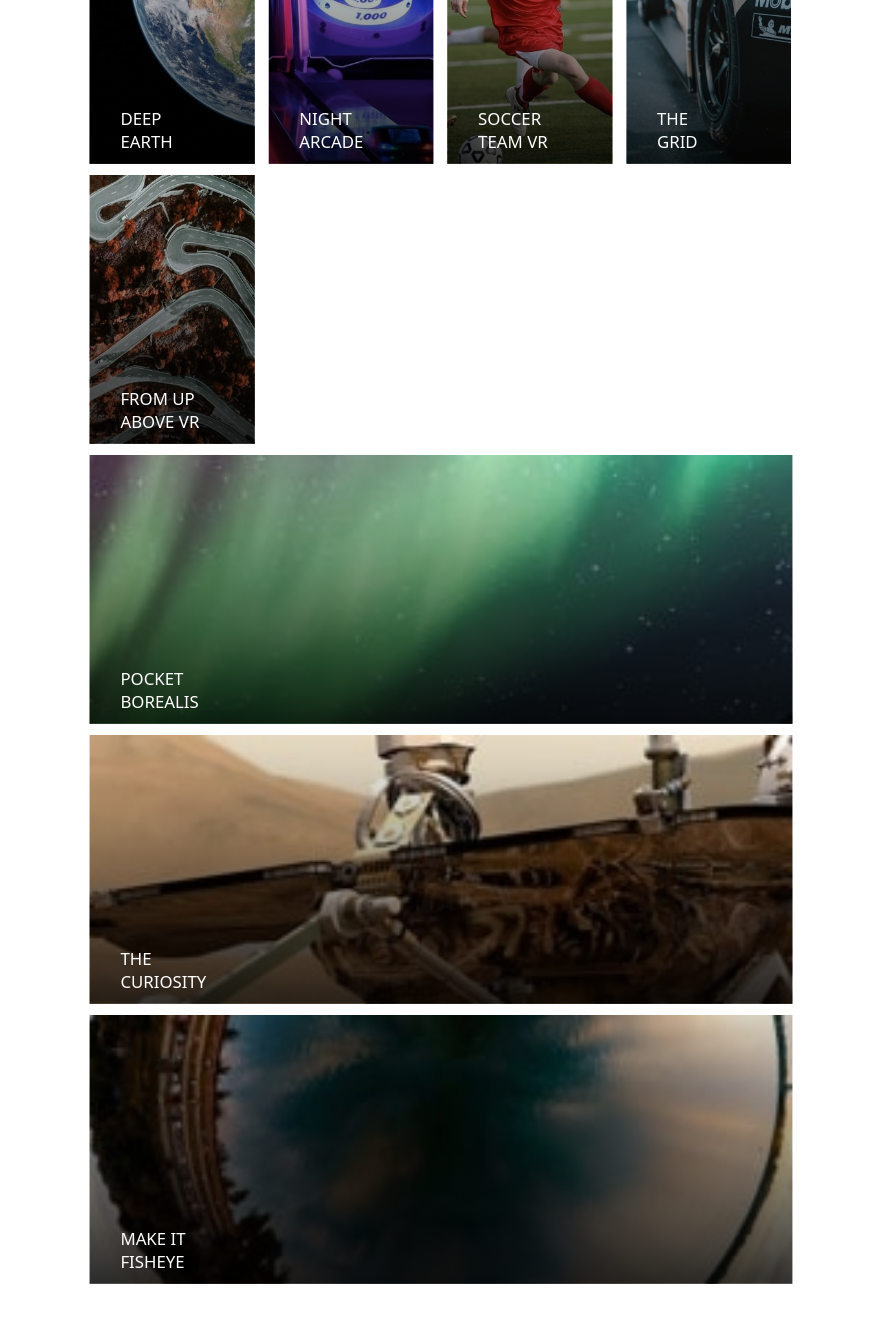
Repository: CAMPSLOPY/StudioLoopApp
Page: index.html
These files come from the project's save history. The page is drawn as it stood at one moment and after the next save; the edit follows.
The browser window is 1280 px wide. The pictures show the part of the page from y = 1670 to 3590 px (the page is 3928 px tall before and 3528 px after), at 70% of full size.
Some web fonts or font styles are not loaded; a fallback is used. Some web libraries are served in a nearby version.

Above is the page before, as saved 2021-02-26 03:01:27.

### index.html
<!DOCTYPE html>
<html lang="en">
  <head>
    <title>LoopStudios</title>
    <meta charset="UTF-8" />
    <meta name="viewport" content="width=device-width, initial-scale=1.0" />
    <meta http-equiv="X-UA-Compatible" content="ie=edge" />
    <meta
      name="description"
      content="Building my Loop studio App with Tailwind Css"
    />
    <meta name="robots" content="index,follow" />
    <!-- font awesome -->
    <link
      rel="stylesheet"
      href="https://cdnjs.cloudflare.com/ajax/libs/font-awesome/5.11.2/css/all.min.css"
      integrity="sha256-+N4/V/SbAFiW1MPBCXnfnP9QSN3+Keu+NlB+0ev/YKQ="
      crossorigin="anonymous"
    />
    <link
      rel="icon"
      type="image/png"
      sizes="32x32"
      href="favicon-32x32.png"
    />
    <!-- TAILWIND CSS CDN -->
    <link href="https://unpkg.com/tailwindcss@^2/dist/tailwind.min.css" rel="stylesheet">

    <!-- animate on scroll -->
    <link rel="stylesheet" href="https://unpkg.com/aos@next/dist/aos.css" />

    <!-- STYLESHEET -->
    <link rel="stylesheet" href="main.css"/>
  </head>
  <body>
    <div class="overflow-hidden">
      <!--the whole wrapper-->

      <header
        class="relative bg-no-repeat bg-cover bg-center min-h-screen w-full md:min-h-6/3 lg:min-h-6 header-image"
      >
        <nav
          class="flex text-gray-50 items-center justify-between w-4/5 m-auto pt-8"
        >
          <h1 class="font-extralight text-4xl font-concert md:text-6xl">
            <a href="">loopstudios</a>
          </h1>
          <button id="burger" class="md:hidden">
            <i class="fas fa-bars text-4xl"></i>
          </button>
          <ul class="hidden md:flex">
            <li class="px-1.5 nav-item">
              <a class="nav-link" href="#About"> About</a>
            </li>
            <li class="px-1.5 nav-item">
              <a class="nav-link" href="#Career">Careers</a>
            </li>
            <li class="px-1.5 nav-item">
              <a class="nav-link" href="#Event">Events</a>
            </li>
            <li class="px-1.5 nav-item">
              <a class="nav-link" href="#Product">Products</a>
            </li>
            <li class="px-1.5 nav-item">
              <a class="nav-link" href="#Support">Support</a>
            </li>
          </ul>
        </nav>

        <p
          class="font-normal md:font-thin tracking-widest absolute top-64 left-11 md:left-32 md:top-36 text-white text-3xl md:text-6xl border-2 pr-10 md:pr-56 py-11 pl-6"
        >
          IMMERSIVE<br />
          EXPERIENCES <br />
          THAT DELIVER
        </p>
      </header>
      <!--modal -->
      <div
        id="modal-body"
        class="modal-body hidden fixed flex w-full h-full top-0 left-0 z-50 bg-black text-white flex-col"
      >
        <div class="modal-logo flex justify-between w-4/5 m-auto">
          <h1 class="text-4xl">
            <a href="">loopstudios</a>
          </h1>
          <button class="toggle relative" id="toggle">
            <i class="fas fa-times text-3xl p-4"></i>
          </button>
        </div>

        <ul class="flex flex-col w-4/5 m-auto modal-links uppercase font-light">
          <li class="my-4">
            <a class="text-3xl links" href="#About"> About</a>
          </li>
          <li class="my-4">
            <a class="text-3xl links" href="#Careers">Careers</a>
          </li>
          <li class="my-4">
            <a class="text-3xl links" href="#Event">Events</a>
          </li>
          <li class="my-4">
            <a class="text-3xl links" href="#Products">Products</a>
          </li>
          <li class="my-4">
            <a class="text-3xl links" href="#Support">Support</a>
          </li>
        </ul>
      </div>
      <!--modal end-->
      <section
        id="About"
        class="relative hero-section w-full min-h-screen md:bg-white md:w-4/5 m-auto block md:flex md:min-h-90 text-white justify-center items-center"
      >
        <div class="w-11/12 m-auto pt-24 md:pt-12" data-aos="fade-right">
          <img
            class="w-full h-full object-cover"
            src="/images/desktop/image-interactive.jpg"
            alt="a man with a Vr Device "
          />
        </div>

        <div
          data-aos="fade-left"
          class="w-full -bottom-24 right-32 px-10 relative z-0 md:z-10 bg-white text-gray-900 block md:flex md:justify-center md:items-center md:flex-col pb-20 md:p-4"
        >
          <div class="w-full m-auto relative -right-32 md:right-0 md:-left-20">
            <h1
              data-aos="fade-up"
              data-aos-delay="800"
              data-aos-duration="1000"
              class="text-4xl tracking-widest text-center md:ml-10"
            >
              THE LEADER IN <br />
              INTERACTIVE VR
            </h1>
          </div>
          <div
            class="my-4 w-full -px-2 left-32 w-4/6 md:w-full text-center md:text-left md:left-11 relative md:-right-10 md:px-8 md:py-4"
          >
            <span
              class="relative right-0 md:right-11 text-left tracking-widest md:tracking-normal text-sm md:relative leading-loose text-gray-400"
            >
              Founded in 2011, Loopstudios has been producing world-class <br />
              virtual reality projects for some of the best companies around the
              <br />
              globe. Our award-winning creations have transformed <br />
              businesses through digital experiences that bind to their brand.
            </span>
          </div>
        </div>
      </section>

      <section class="creation relative">
        <div
          id="Event"
          class="creation-body-content min-h-screen pb-20 flex flex-col w-4/5 m-auto md:w-4/5 md:m-auto relative"
        >
          <div
            class="creation-text flex md:text-center md:justify-between my-5"
          >
            <h1 class="font-josefin relative left-0 md:left-0 text-4xl">
              OUR CREATIONS
            </h1>
            <button
              class="text-2xl absolute bottom-2 right-14 text-small font-alata tracking-widest py-2 md:py-0 md:text-small md:relative md:-left-6 md:bottom-0 border border-gray-900 px-11 tracking-widest hover:bg-black hover:text-white"
            >
              SEE ALL
            </button>
          </div>

          <div
            id="Career"
            class="creation-images flex flex-col flex-wrap md:flex-row cursor-pointer"
          >
            <div
              data-aos="fade-right"
              id="card-box"
              class="relative bg-no-repeat bg-cover bg-center earth mr-5 mb-4 card h-38 w-full md:h-96 md:w-better card-box"
            >
              <img
                src="/images/mobile/image-deep-earth.jpg"
                alt="a picture of the earth"
                class="object-cover w-full h-full block md:hidden"
              />

              <p
                class="absolute bottom-4 left-11 text-white text-2xl font-josefin card-box-p"
              >
                DEEP <br />
                EARTH
              </p>
            </div>
            <div
              data-aos="fade-up"
              id="card-box"
              class="card-box relative bg-no-repeat bg-cover bg-center card mr-5 mb-4 arcade h-32 w-full md:h-96 md:w-better"
            >
              <img
                src="/images/mobile/image-night-arcade.jpg"
                alt="a picture of a cassette tape"
                class="object-cover w-full h-full block md:hidden"
              />
              <p
                class="absolute bottom-4 left-11 text-white text-2xl font-josefin card-box-p"
              >
                NIGHT <br />
                ARCADE
              </p>
            </div>
            <div
              data-aos="fade-down"
              id="card-box"
              class="card-box relative h-38 w-full card mr-5 mb-4 vr md:h-96 bg-no-repeat bg-cover bg-center md:w-better"
            >
              <img
                src="/images/mobile/image-soccer-team.jpg"
                alt="a picture of a football player"
                class="object-cover w-full h-full block md:hidden"
              />
              <p
                class="absolute bottom-4 left-11 text-white text-2xl font-josefin card-box-p"
              >
                SOCCER <br />
                TEAM VR
              </p>
            </div>
            <div
              data-aos="fade-left"
              id="card-box"
              class="card-box relative h-38 w-full mr-5 mb-4 card gridd md:h-96 bg-no-repeat bg-cover bg-center md:w-better"
            >
              <img
                src="/images/mobile/image-grid.jpg"
                alt="a picture of a sport car"
                class="object-cover w-full h-full block md:hidden"
              />

              <p
                class="absolute bottom-4 left-11 text-white text-2xl font-josefin card-box-p"
              >
                THE <br />
                GRID
              </p>
            </div>
            <div
              data-aos="fade-right"
              id="card-box"
              class="card-box relative mr-5 mb-4 h-38 w-full card above-vr md:h-96 bg-no-repeat bg-cover bg-center md:w-better"
            >
              <img
                src="/images/mobile/image-from-above.jpg"
                alt="a picture of a curvy road on the mountains"
                class="object-cover w-full h-full block md:hidden"
              />
              <p
                class="absolute bottom-4 left-11 text-white text-2xl font-josefin card-box-p"
              >
                FROM UP <br />
                ABOVE VR
              </p>
            </div>
            <div
              data-aos="fade-down"
              id="card-box"
              class="relative h-38 w-full mr-5 mb-4 card borealis md:h-96 bg-no-repeat bg-cover bg-center md:w-better"
            >
              <img
                src="/images/mobile/image-pocket-borealis.jpg"
                alt="picture of the moon, star and a mountain"
                class="object-cover w-full h-full block md:hidden"
              />
              <p
                class="absolute bottom-4 left-11 text-white text-2xl font-josefin card-box-p"
              >
                POCKET <br />
                BOREALIS
              </p>
            </div>
            <div
              data-aos="fade-up"
              id="card-box"
              class="relative mr-5 mb-4 h-38 w-full card curiosity md:h-96 bg-no-repeat bg-cover bg-center md:w-better"
            >
              <img
                src="/images/mobile/image-curiosity.jpg"
                alt="picture of a network radar"
                class="object-cover w-full h-full block md:hidden"
              />
              <p
                class="absolute bottom-4 left-11 text-white text-2xl font-josefin card-box-p"
              >
                THE <br />
                CURIOSITY
              </p>
            </div>
            <div
              data-aos="fade-left"
              id="card-box"
              class="relative mr-5 mb-4 h-38 w-full card fisheye md:h-96 bg-no-repeat bg-cover bg-center md:w-better"
            >
              <img
                src="/images/mobile/image-curiosity.jpg"
                alt="picture of a network radar"
                class="object-cover w-full h-full block md:hidden"
              />
              <p
                class="absolute bottom-4 left-11 text-white text-2xl font-josefin card-box-p"
              >
                MAKE IT <br />
                FISHEYE
              </p>
            </div>
          </div>
        </div>
      </section>

      <footer
        id="Support"
        class="min-h-60 md:min-h-60 bg-black text-white mt-10 relative"
      >
        <div
          class="footer-body w-full flex flex-col relative -bottom-52 md:-bottom-40"
        >
          <div
            class="footer-logo w-4/5 m-auto md:pb-8 flex md:flex-row flex-col justify-between relative"
          >
            <h3 class="my-8 pt-16 text-center md:text-left font-bold text-4xl">
              loopstudios
            </h3>
            <ul
              class="footer-socials flex justify-center items-center relative -bottom-52 md:bottom-0"
            >
              <li class="px-1.5 footer-item">
                <a class="footer-link" href=""
                  ><img
                    class="pb-1"
                    src="./images/icon-facebook.svg"
                    alt="facebook official logo"
                /></a>
              </li>
              <li class="px-1.5 footer-item">
                <a class="footer-link" href=""
                  ><img
                    class="pb-1"
                    src="./images/icon-twitter.svg"
                    alt="twitter logo"
                /></a>
              </li>
              <li class="px-1.5 footer-item">
                <a class="footer-link" href=""
                  ><img
                    class="pb-1"
                    src="./images/icon-pinterest.svg"
                    alt="pinterest logo"
                /></a>
              </li>
              <li class="px-1.5 footer-item">
                <a class="footer-link" href=""
                  ><img
                    class="pb-1"
                    src="./images/icon-instagram.svg"
                    alt="instagram logo"
                /></a>
              </li>
            </ul>
          </div>
          <div
            class="relative w-4/5 m-auto flex flex-col md:flex-row md:justify-between"
          >
            <ul
              class="relative bottom-11 md:bottom-8 flex flex-col md:flex-row items-center md:justify-around my-2 md:m-0"
            >
              <li class="py-2 relative left-28 md:-left-4 footer-item md:pr-4">
                <a class="pb-1 footer-link footer-links" href="#about">About</a>
              </li>
              <li class="py-2 relative left-28 md:-left-4 footer-item md:pr-4">
                <a class="pb-1 footer-link footer-links" href="#careers"
                  >Careers</a
                >
              </li>
              <li class="py-2 footer-item left-28 relative md:-left-4 md:pr-4">
                <a class="pb-1 footer-link footer-links" href="#events"
                  >Events</a
                >
              </li>
              <li class="py-2 footer-item left-28 relative md:-left-4 md:pr-4">
                <a class="pb-1 footer-link footer-links" href="#products"
                  >Product</a
                >
              </li>
              <li class="py-2 footer-item left-28 relative md:-left-4 md:pr-4">
                <a class="pb-1 footer-link footer-links" href="#support"
                  >Support</a
                >
              </li>
            </ul>
            <span class="pb-16">
              <p class="text-gray-600 md:text-white">
                © 2021 Loopstudios. All rights reserved.
              </p></span
            >
          </div>

          <div
            class="hidden attribution absolute pb-4 -bottom-16 left-60 text-gray-600"
          >
            <a>Challenge by</a>

            <a
              class="text-blue-300"
              href="https://www.frontendmentor.io?ref=challenge"
              target="_blank"
              >Frontend Mentor</a
            >
            Coded by
            <a class="text-blue-300" href="https://github.com/CAMPSLOPY">
              CampSlopy 👨🏾‍🦲</a
            >
          </div>
        </div>
      </footer>
    </div>
    <!-- animate On scroll script -->
    <script src="https://unpkg.com/aos@next/dist/aos.js"></script>
    <!-- workflow script -->
    <script src="app.js"></script>
  </body>
</html>

### main.css
@import url("https://fonts.googleapis.com/css2?family=Alata&family=Josefin+Sans:ital,wght@0,200;1,400&display=swap");
@import url("https://fonts.googleapis.com/css2?family=Concert+One&display=swap");

html {
  scroll-behavior: smooth;
}
.header-image {
  background-image: linear-gradient(to top, rgba(0, 0, 0, 0.8), transparent),
    url(./images/desktop/image-hero.jpg);
}

.earth {
  background-image: linear-gradient(to top, rgba(0, 0, 0, 0.8), transparent),
    url(./images/desktop/image-deep-earth.jpg);
}

.arcade {
  background-image: linear-gradient(to top, rgba(0, 0, 0, 0.8), transparent),
    url(./images/desktop/image-night-arcade.jpg);
}
.vr {
  background-image: linear-gradient(to top, rgba(0, 0, 0, 0.8), transparent),
    url(./images/desktop/image-soccer-team.jpg);
}

.gridd {
  background-image: linear-gradient(to top, rgba(0, 0, 0, 0.8), transparent),
    url(./images/desktop/image-grid.jpg);
}

.above-vr {
  background-image: linear-gradient(to top, rgba(0, 0, 0, 0.8), transparent),
    url(./images/desktop/image-from-above.jpg);
}

.borealis {
  background-image: linear-gradient(to top, rgba(0, 0, 0, 0.8), transparent),
    url(./images/desktop/image-pocket-borealis.jpg);
}

.curiosity {
  background-image: linear-gradient(to top, rgba(0, 0, 0, 0.8), transparent),
    url(./images/desktop/image-curiosity.jpg);
}
.fisheye {
  background-image: linear-gradient(to top, rgba(0, 0, 0, 0.8), transparent),
    url(./images/desktop/image-fisheye.jpg);
}

.menu:hover {
  border-bottom: 1px solid #0000;
}

.footer-body {
  transform: translate(-50%, -50%);
  top: 50%;
  left: 50%;
}

body {
  overflow-x: hidden;
}

#card-box::before {
  content: "";
  position: absolute;
  top: 0;
  left: 0;
  display: block;
  width: 100%;
  height: 100%;
  background: rgba(255, 255, 255, 0.6);
  z-index: 2;
  transition: 0.5s;
  opacity: 0;
}

#card-box:hover:before {
  opacity: 1;
}

#card-box:hover .card-box-p {
  color: black;
  z-index: 3;
}

.toggle {
  top: -20px;
  right: -15px;
}

.toggle .fa-times {
  font-size: 2.7rem;
}

/* desktop styling for the nav links */
.nav-item {
  list-style: none;
  font-size: 1rem;
  margin-bottom: 1rem;
  margin: 0 auto;
  margin-left: 1.5rem;
}

.nav-link {
  position: relative;
  color: #fff;
  text-decoration: none;
  font-family: "Alata", sans-serif;
}

.nav-link::after {
  content: "";
  position: absolute;
  top: 2rem;
  background-color: #fff;
  height: 0.2rem;
  width: 0%;
  opacity: 0;
  transition: all 0.5s ease-in-out;
}

.nav-link::before {
  content: "";
  position: absolute;
  top: 2rem;
  background-color: #fff;
  height: 0.2rem;
  width: 0%;
  opacity: 0;
  transition: all 0.5s ease-in-out;
}

.nav-link::before {
  right: 32%;
}

.nav-link::after {
  left: 32%;
}

.nav-link:hover::after,
.nav-link:hover::before {
  width: 0.8rem;
  opacity: 1;
}

/* FOOTER*/

.footer-link::after {
  left: 20%;
}
.footer-link::before {
  right: 20%;
}

.footer-links::after {
  left: 40%;
}
.footer-links::before {
  right: 40%;
}

.footer-link::before {
  content: "";
  position: absolute;
  top: 2rem;
  background-color: #fff;
  height: 0.2rem;
  width: 0%;
  opacity: 0;
  transition: all 0.5s ease-in-out;
}

.footer-link::after {
  content: "";
  position: absolute;
  top: 2rem;
  background-color: #fff;
  height: 0.2rem;
  width: 0%;
  opacity: 0;
  transition: all 0.5s ease-in-out;
}

.footer-link {
  position: relative;
  color: #fff;
  text-decoration: none;
  font-family: "Alata", sans-serif;
}

.footer-item {
  list-style: none;
  font-size: 1rem;
  margin-bottom: 1rem;
  margin: 0 auto;
  margin-left: 1rem;
  text-align: center;
}
.footer-link:hover::after,
.footer-link:hover::before {
  width: 0.8rem;
  opacity: 1;
}

.footer-logo h3 {
  font-family: "Alata", sans-serif;
}


/* Card-box */

.card-box{
    width: 23%;
}

### app.js
const burger = document.getElementById("burger");
const togglebtn = document.getElementById("toggle");
const modal = document.getElementById("modal-body");
const links = document.querySelectorAll(".links");

burger.addEventListener("click", () => {
  modal.style.display = "flex";
});

togglebtn.addEventListener("click", () => {
  modal.style.display = "none";
});
links.forEach((link) => {
  link.addEventListener("click", () => {
    modal.style.display = "none";
  });
});

AOS.init({
  // offset: 120,
  delay: 400,
  duration: 1000,
  once: true,
});

After the next save:
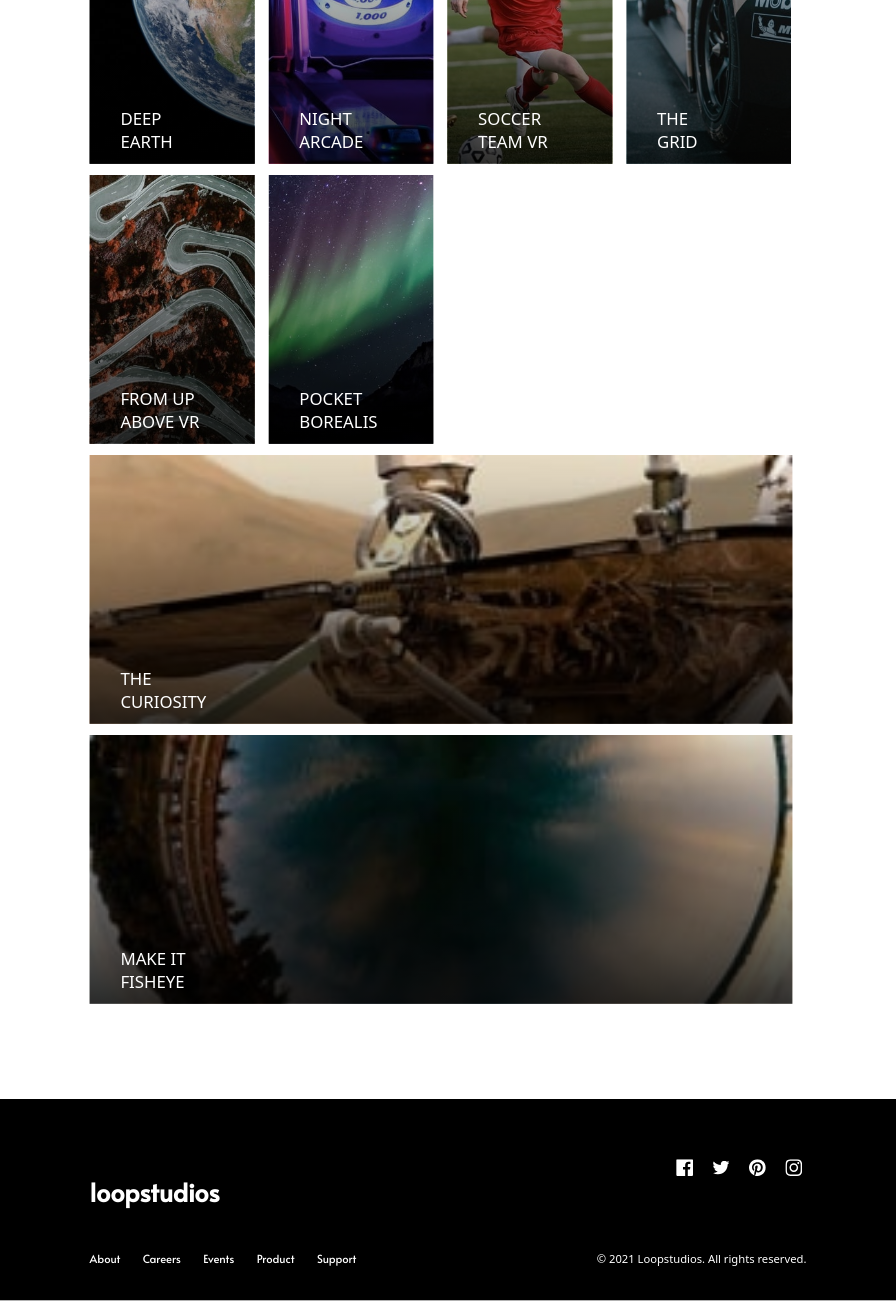
Saved 8 s later.
--- a/index.html
+++ b/index.html
@@ -263,7 +263,7 @@
             <div
               data-aos="fade-down"
               id="card-box"
-              class="relative h-38 w-full mr-5 mb-4 card borealis md:h-96 bg-no-repeat bg-cover bg-center md:w-better"
+              class="card-box relative h-38 w-full mr-5 mb-4 card borealis md:h-96 bg-no-repeat bg-cover bg-center md:w-better"
             >
               <img
                 src="/images/mobile/image-pocket-borealis.jpg"
